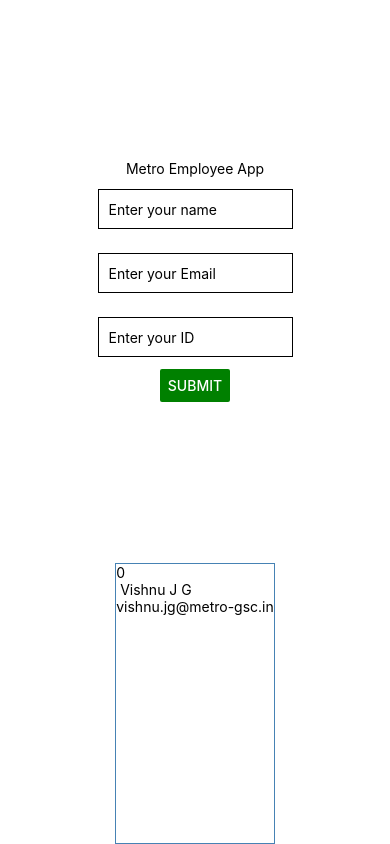
Repository: VishnuJG/Metro-Employee-App
Screen: /
An editor plug-in stored every save of this project. The screen is shown before and after a run of saves, followed by the edit.
The app was drawn by React Native's web renderer in a window 390 px wide. The project was rebuilt for these pictures with package versions that can differ from the ones it lists, and the page was loaded fresh each time. Some packages were replaced by stand-ins written for this rebuild.

Above is the screen before, as saved 2022-06-28 13:58:48.

### App.js
import { StatusBar } from 'expo-status-bar';
import React, { useState } from "react";
import { StyleSheet, Text, View, TextInput, Button, Alert} from 'react-native';
import { useDimensions } from '@react-native-community/hooks';
import Task from './components/Task';


export default function App() {

  // const {landscape}=useDimensions();
  const [emp, onEmpUpdate] = useState([{ id: 0, name: " Vishnu J G", email:"vishnu.jg@metro-gsc.in" }]);
  const [name, onChangeName] = useState("");
  const [email, onChangeEmail] = useState("");
  const [id, onChangeid] = useState(null);
  const onSubmit=(e)=>{
    e.preventDefault();
    if(!name){
      Alert.alert('Invalid Name', 'Invalid Name field',[{text: 'Okay', onPress:()=>{console.log("Okay Pressed")}},{text: 'No', onPress:()=>{console.log("No Pressed")}}])
    }
    if(!email){
      Alert.alert('Invalid Email', 'Invalid Email field',[{text: 'Okay', onPress:()=>{console.log("Okay Pressed")}},{text: 'No', onPress:()=>{console.log("No Pressed")}}])
    }
    if(!/\S+@\S+\.\S+/.test(email)){
      Alert.alert('Invalid Email', 'Invalid Email field',[{text: 'Okay', onPress:()=>{console.log("Okay Pressed")}},{text: 'No', onPress:()=>{console.log("No Pressed")}}])
    }
    if(!id){
      Alert.alert('Invalid Id', 'Invalid ID field',[{text: 'Okay', onPress:()=>{console.log("Okay Pressed")}},{text: 'No', onPress:()=>{console.log("No Pressed")}}])
    }
    console.log(name);
    console.log(email);
    console.log(id);
    const newEmp={id, name, email};
    onChangeName('');
    onChangeEmail('');
    onChangeid(null);
    onEmpUpdate([...emp, newEmp]);
  }
  return (
    <View style={styles.container} >
        <View style={styles.container}>
        <Text>Metro Employee App</Text>

        <TextInput
          style={styles.input}
          onChangeText={onChangeName}
          placeholder="Enter your name"
          value={name}
        />
        <TextInput
          style={styles.input}
          onChangeText={onChangeEmail}
          value={email}
          placeholder="Enter your Email"
          // keyboardType="numeric"
        />

        <TextInput
          style={styles.input}
          onChangeText={onChangeid}
          value={id}
          placeholder="Enter your ID"
          keyboardType="numeric"
        />
        <Button title="Submit"
          color="green"
          onPress={onSubmit}
          /></View>
        <View style={{flex:0.5, flexDirection: 'row'}}>
        {emp.map((newid)=>(<Task key={newid.id} ename={newid.name} eid={newid.id} eemail={newid.email}/>))}
        </View>
    </View>
  );
}

const styles = StyleSheet.create({
  container: {
    flex: 1,
    flexDirection: 'column',
    backgroundColor: '#fff',
    alignItems: 'center',
    justifyContent: 'center',
    fontSize: 20,
    // paddingTop:20,
    width:'100%',
  },
  input: {
    height: 40,
    margin: 12,
    borderWidth: 1,
    width:'50%',
    padding: 10,
  },

});

### components/Task.js
import { StatusBar } from 'expo-status-bar';
import React, { useState } from "react";
import { StyleSheet, Text, View, TextInput, Button, Alert} from 'react-native';
import { useDimensions } from '@react-native-community/hooks';


export default function Task(props) {
  console.log("Hello");
  return (
    <View style={styles.employee}>
      <Text>{props.eid}</Text>
      <Text>{props.ename}</Text>
      <Text>{props.eemail}</Text>

    </View>


  );
}

const styles = StyleSheet.create({
  employee:{
    width:'100%',
    justifyContent: 'left',
    border :'1px solid steelblue'
  }
});

After the next 4 saves:
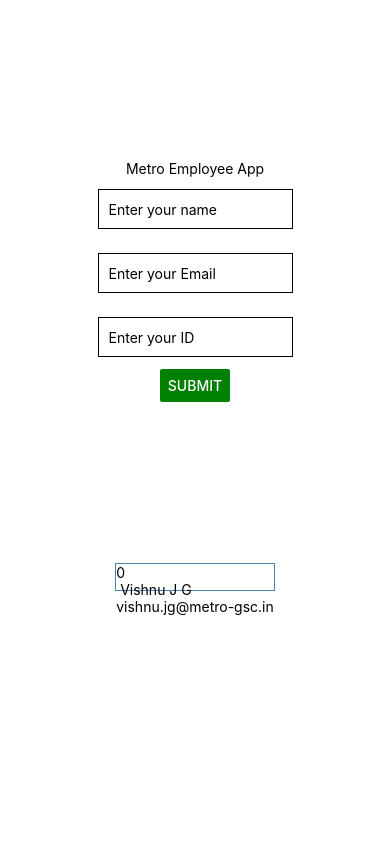
The 4 saves are shown as one change because they came seconds apart.
The last was saved 28 s later.
--- a/components/Task.js
+++ b/components/Task.js
@@ -21,6 +21,7 @@ export default function Task(props) {
 const styles = StyleSheet.create({
   employee:{
     width:'100%',
+    height:'10%',
     justifyContent: 'left',
     border :'1px solid steelblue'
   }
